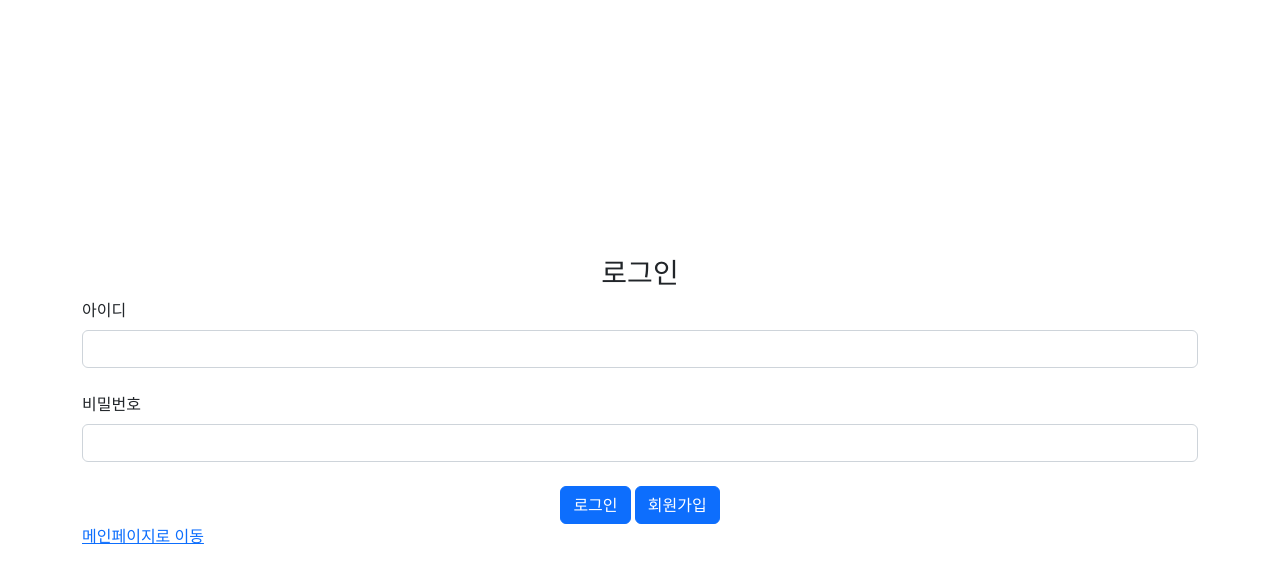
Repository: DNWissac/OJTphp
Page: http://localhost/view/signin.php
The author's editor kept a copy of each file at every save. The page is drawn from the files as they stood at one save, then again after the next save.
The browser window is 1280 px wide. The pictures show the whole page.
The page is run by PHP 8.4 with error messages shown; the project is at /var/www/html/.

Above is the page before, as saved 2022-08-05 08:38:06.

After the next save:
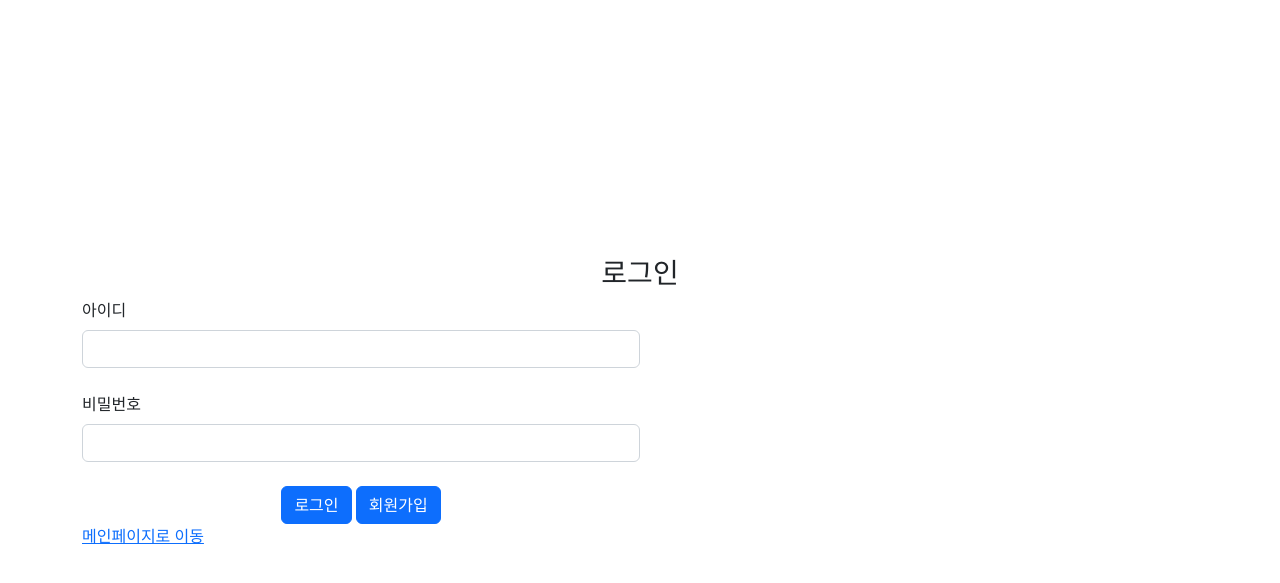
Saved 6 s later.
--- a/Board1/View/signin.php
+++ b/Board1/View/signin.php
@@ -34,7 +34,7 @@ integrity="sha384-A3rJD856KowSb7dwlZdYEkO39Gagi7vIsF0jrRAoQmDKKtQBHUuLZ9AsSv4jD4
 <div class="container">
 	<h3 style="text-align: center;">로그인</h3>
 
-    <div class="signupDiv">
+    <div class="signupDiv" style="width:50%;">
         <form>
             <div class="mb-4">
                 <label for="exampleInputEmail1" class="form-label">아이디</label>
